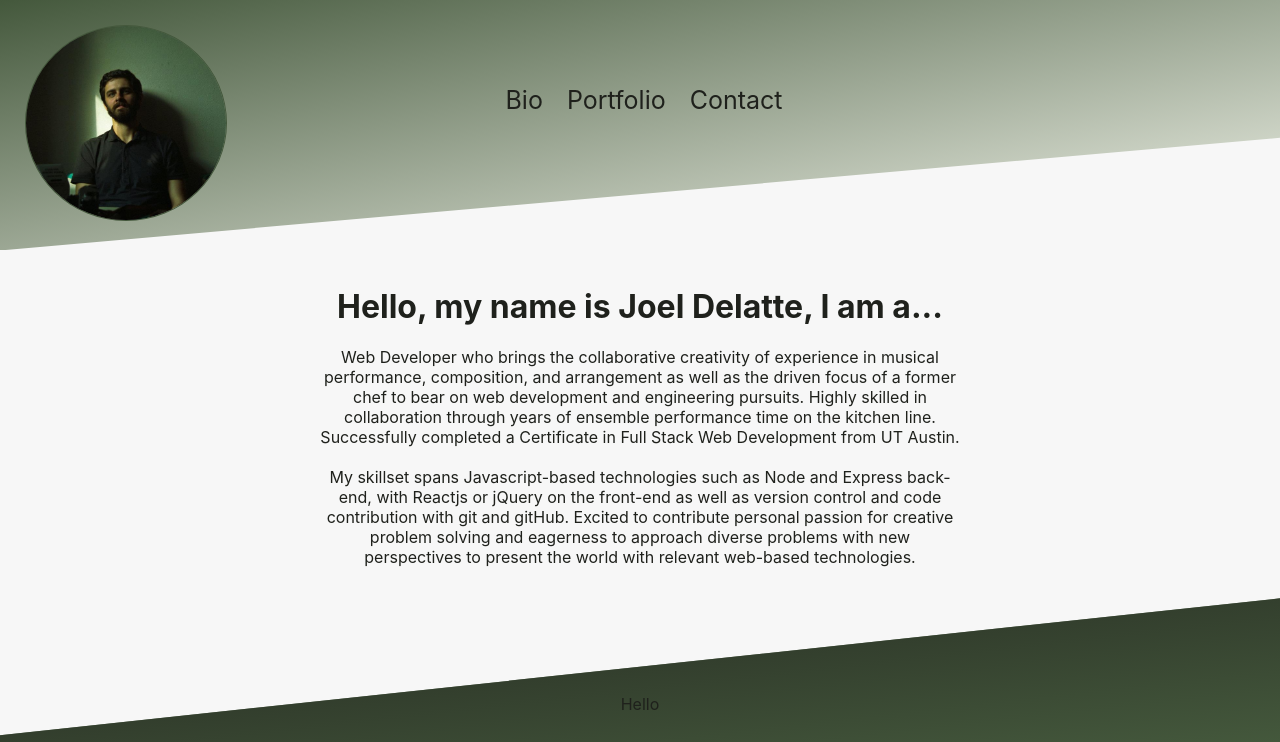
Repository: joeldelatte/react-portfolio
Page: / (app in client/)
These files come from the project's save history. The page is drawn as it stood at one moment and after the next save; the edit follows.
The browser window is 1280 px wide. The pictures show the whole page.
The project was rebuilt for these pictures with package versions that can differ from the ones it lists, and the page was loaded fresh each time. Also part of the build but not shown: client/src/App.css, client/src/Components/Contact/Contact.js, client/src/Components/Portfolio/Portfolio.js.

Above is the page before, as saved 2020-07-11 00:59:32.

After the next save:
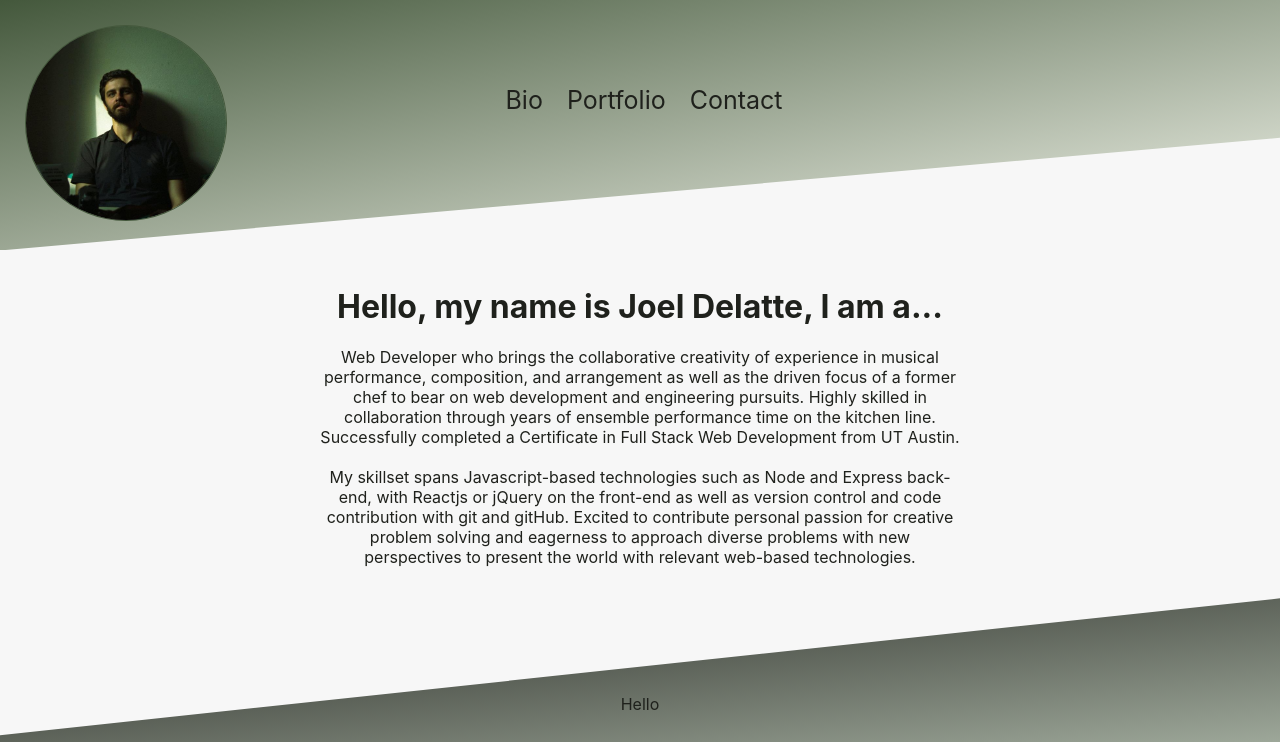
Saved 67 s later.
--- a/client/src/Components/Contact/contact.css
+++ b/client/src/Components/Contact/contact.css
@@ -63,7 +63,7 @@ textarea {
     resize: none;
   }
 
-  footer {
+  /* footer {
     height: 3rem;
     padding-top: 6rem;
     background-color: rgb(68,88,60);
@@ -71,7 +71,7 @@ textarea {
     -webkit-clip-path: polygon(0 95%, 100% 0, 100% 100%, 0 100%);
     clip-path: polygon(0 95%, 100% 0, 100% 100%, 0 100%);
     text-align: center;
-  }
+  } */
 
   @media only screen and (max-width: 768px) {
     .contact {
